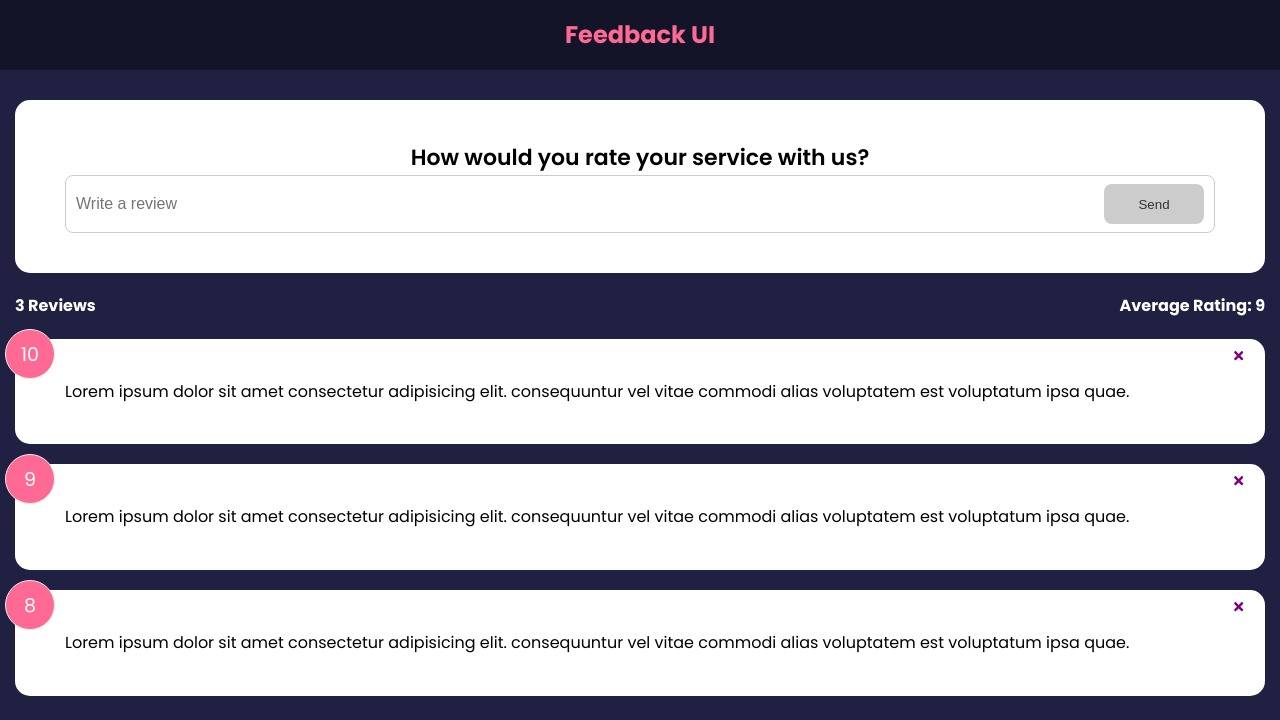
Repository: haokiet2501/feedback-app
Page: /
An editor plug-in stored every save of this project. The page is shown before and after the next save, followed by the edit.
The browser window is 1280 px wide. The pictures show the whole page.
The project was rebuilt for these pictures with package versions that can differ from the ones it lists, and the page was loaded fresh each time.

Above is the page before, as saved 2022-02-24 21:19:37.

After the next save:
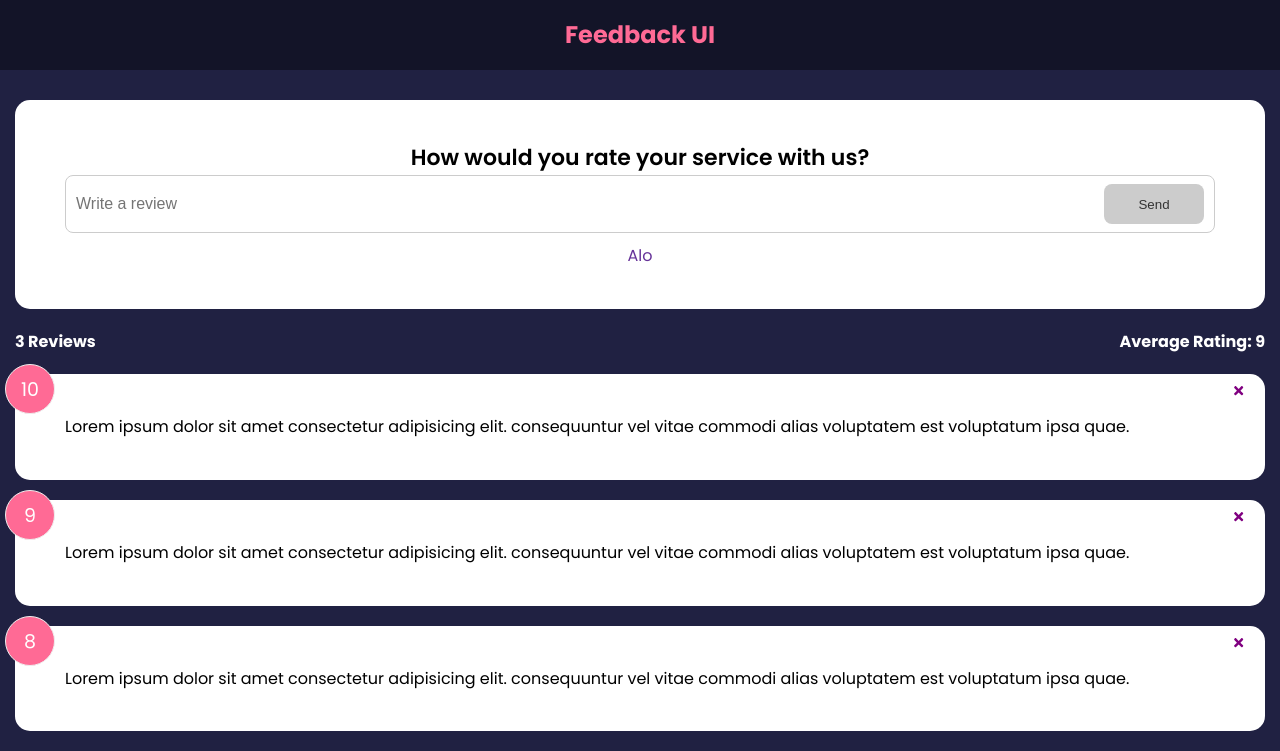
Saved 8 s later.
--- a/src/components/FeedbackForm.jsx
+++ b/src/components/FeedbackForm.jsx
@@ -5,7 +5,7 @@
 function FeedbackForm() {
     const [text, setText] = useState('')
     const [btnDisabled, setBtnDisabled] = useState(true)
-    const [message, setMessage] = useState('')
+    const [message, setMessage] = useState('Alo')
 
     const handleTextChange = (e) => {
         setText(e.target.value);

After the save that followed:
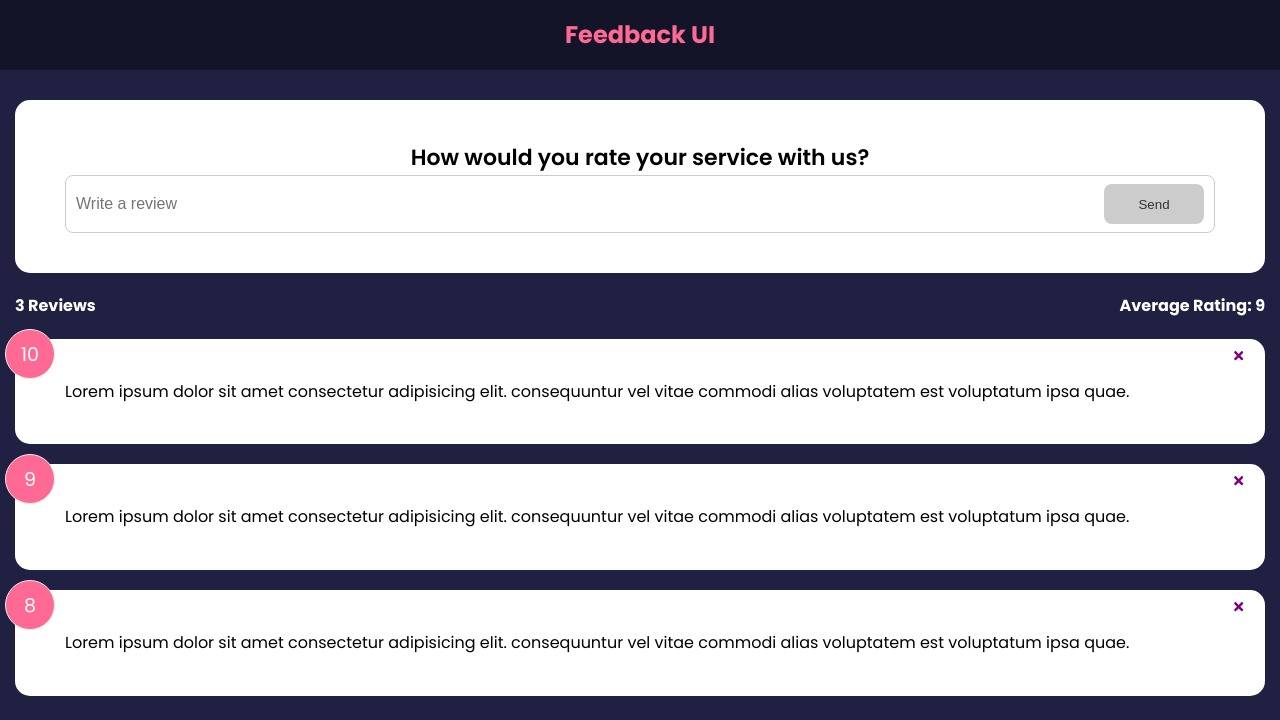
Saved 22 s later.
--- a/src/components/FeedbackForm.jsx
+++ b/src/components/FeedbackForm.jsx
@@ -5,7 +5,7 @@
 function FeedbackForm() {
     const [text, setText] = useState('')
     const [btnDisabled, setBtnDisabled] = useState(true)
-    const [message, setMessage] = useState('Alo')
+    const [message, setMessage] = useState('')
 
     const handleTextChange = (e) => {
         setText(e.target.value);
